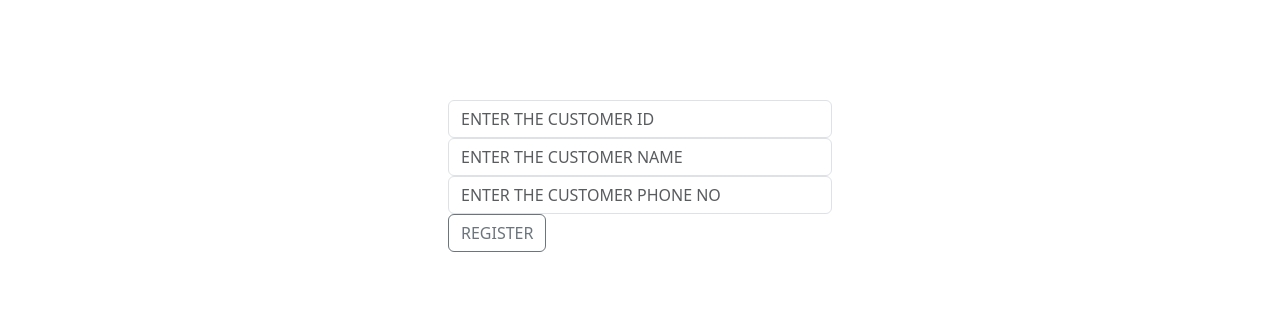
Repository: arindamslt/JEECoding
Page: JEE_FRONTEND/src/main/webapp/08JavascriptValidateForm.html
The author's editor kept a copy of each file at every save. The page is drawn from the files as they stood at one save, then again after the next save.
The browser window is 1280 px wide. The pictures show the whole page.

Above is the page before, as saved 2025-07-18 03:59:51.

After the next save:
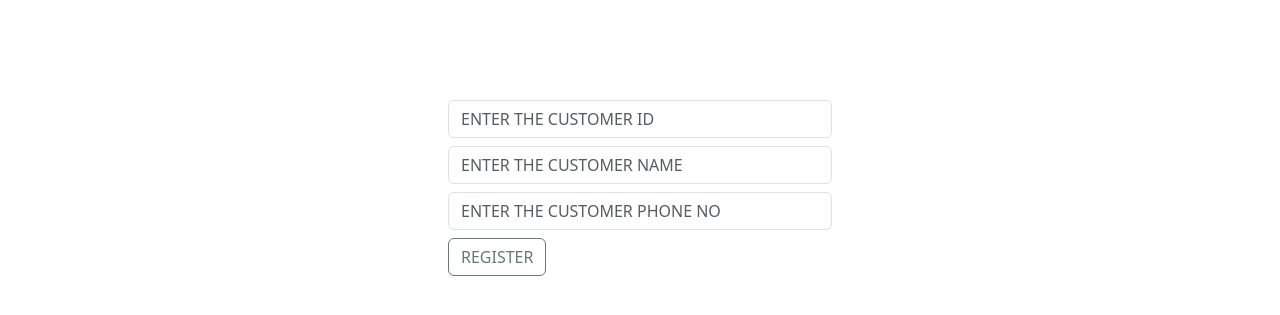
Saved 4 min 33 s later.
--- a/JEE_FRONTEND/src/main/webapp/08JavascriptValidateForm.html
+++ b/JEE_FRONTEND/src/main/webapp/08JavascriptValidateForm.html
@@ -4,16 +4,25 @@
 <meta charset="ISO-8859-1">
 <title>Insert title here</title>
 <link href="https://cdn.jsdelivr.net/npm/bootstrap@5.3.3/dist/css/bootstrap.min.css" rel="stylesheet" integrity="sha384-QWTKZyjpPEjISv5WaRU9OFeRpok6YctnYmDr5pNlyT2bRjXh0JMhjY6hW+ALEwIH" crossorigin="anonymous">
+<script>
+	function validateForm()
+	{
+		var cid=document.getElementById("cid");
+		var cname=document.getElementById("cname");
+		var cphno=document.getElementById("cphno");
+
+	}
+</script>
 </head>
 <body>
 <div style="width:30%;margin:100px auto;">
 	<form name="f1" action="Test.jsp" >
 		<input type="text" class="form-control" name="cid" id="cid" placeholder="ENTER THE CUSTOMER ID">
-
+		<h3 id="hcid" style="color:red;"></h3>
 		<input type="text" class="form-control" name="cname" id="cname" placeholder="ENTER THE CUSTOMER NAME">
-
+		<h3 id="hcname" style="color:red"></h3>
 		<input type="text" class="form-control" name="cphno" id="cphno" placeholder="ENTER THE CUSTOMER PHONE NO">
-
+	    <h3 id="hcphno" style="color:red"></h3>
 		<input type="submit" class="btn btn-outline-secondary" value="REGISTER">
 	</form>
 
